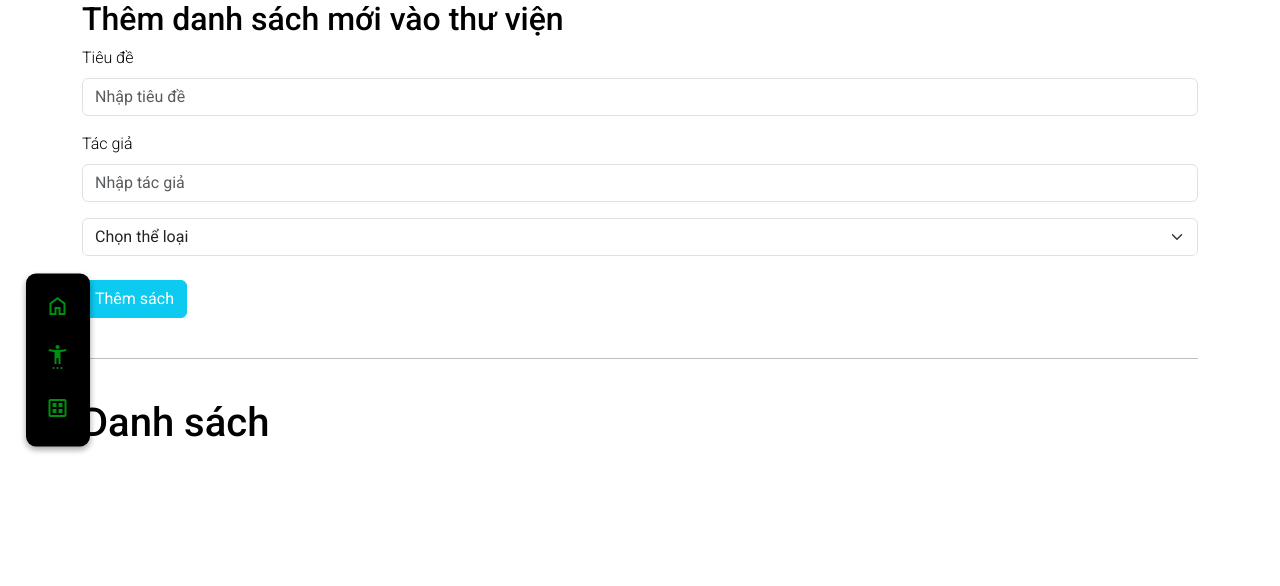
Repository: tuankiet10920/homeworkFEF
Page: /about
These files come from the project's save history. The page is drawn as it stood at one moment and after the next save; the edit follows.
The browser window is 1280 px wide. The pictures show the whole page.
The project was rebuilt for these pictures with package versions that can differ from the ones it lists, and the page was loaded fresh each time. Also part of the build but not shown: vite.config.js, src/views/HomeView.vue. Imported but missing from the stored project, and not drawn on this page: src/assets/audio/intro.mp3.

Above is the page before, as saved 2024-10-24 12:20:16.

### index.html
<!doctype html>
<html lang="en">
  <head>
    <meta charset="UTF-8" />
    <link rel="icon" href="/favicon.ico" />
    <meta name="viewport" content="width=device-width, initial-scale=1.0" />
    <link
      href="https://cdn.jsdelivr.net/npm/bootstrap@5.3.3/dist/css/bootstrap.min.css"
      rel="stylesheet"
      integrity="sha384-QWTKZyjpPEjISv5WaRU9OFeRpok6YctnYmDr5pNlyT2bRjXh0JMhjY6hW+ALEwIH"
      crossorigin="anonymous"
    />
    <link
      rel="stylesheet"
      href="https://fonts.googleapis.com/css2?family=Material+Symbols+Outlined:opsz,wght,FILL,GRAD@20..48,100..700,0..1,-50..200"
    />
    <link rel="preconnect" href="https://fonts.googleapis.com" />
    <link rel="preconnect" href="https://fonts.gstatic.com" crossorigin />
    <link
      href="https://fonts.googleapis.com/css2?family=Roboto:ital,wght@0,100;0,300;0,400;0,500;0,700;0,900;1,100;1,300;1,400;1,500;1,700;1,900&display=swap"
      rel="stylesheet"
    />
    <title>Vite App</title>
    <link rel="stylesheet" href="./src/assets/css/main.css" />
  </head>
  <body>
    <div id="app"></div>
    <script
      src="https://cdn.jsdelivr.net/npm/bootstrap@5.3.3/dist/js/bootstrap.bundle.min.js"
      integrity="sha384-YvpcrYf0tY3lHB60NNkmXc5s9fDVZLESaAA55NDzOxhy9GkcIdslK1eN7N6jIeHz"
      crossorigin="anonymous"
    ></script>
    <script type="module" src="/src/main.js"></script>
  </body>
</html>

### src/assets/css/main.css
* {
  margin: 0;
  padding: 0;
  box-sizing: border-box;
  text-decoration: none;
  color: #000;
  font-size: 16px;
  font-family: 'Roboto', sans-serif;
  font-weight: 300;
  font-style: normal;
}

### src/App.vue
<script setup>
import { RouterLink, RouterView } from 'vue-router'
import GetSrcImage from './assets/help/getSrcImage.js'
import Icon from './components/Icon.vue'
</script>

<template>
  <header>
    <div class="wrapper">
      <nav>
        <RouterLink to="/">
          <Icon iconName="home" />
        </RouterLink>

        <RouterLink to="/about">
          <Icon iconName="settings_accessibility" />
        </RouterLink>

        <RouterLink to="/labs">
          <Icon iconName="dataset" />
        </RouterLink>
      </nav>
    </div>
  </header>
  <RouterView />
</template>

<style scoped>
.wrapper nav a {
  margin-bottom: 20px;
  width: fit-content;
  text-decoration: none;
}
.wrapper nav a span {
  color: #009011;
}
.wrapper nav a:last-child {
  margin-bottom: 0;
}
nav {
  display: flex;
  flex-direction: column;
  justify-content: center;
  position: absolute;
  top: 50%;
  left: 2%;
  transform: translateY(-50%);
  padding: 20px;
  border-radius: 10px;
  background: #000;
  box-shadow:
    rgba(0, 0, 0, 0.16) 0px 3px 6px,
    rgba(0, 0, 0, 0.23) 0px 3px 6px;
}
</style>

### src/router/index.js
import { createRouter, createWebHistory } from 'vue-router'
import HomeView from '../views/HomeView.vue'

const router = createRouter({
  history: createWebHistory(import.meta.env.BASE_URL),
  routes: [
    {
      path: '/',
      name: 'home',
      component: HomeView,
    },
    {
      path: '/about',
      name: 'about',
      // route level code-splitting
      // this generates a separate chunk (About.[hash].js) for this route
      // which is lazy-loaded when the route is visited.
      component: () => import('../views/AboutView.vue'),
    },
    {
      path: '/labs',
      name: 'labs',
      component: () => import('../views/LabView.vue'),
    }
  ],
})

export default router

### src/assets/help/getSrcImage.js
const getSrcImage = (image) => {
    let __path = 'http://localhost:5173/src/assets/img/'
    return __path + image
}
export default getSrcImage

### src/components/Icon.vue
<script setup>
const props = defineProps(['iconName'])
</script>
<template>
  <span class="material-symbols-outlined"> {{ props.iconName }} </span>
</template>
<style scoped></style>

### src/views/AboutView.vue
<script setup>
import Bai2 from '../Labs/Lab4/Bai2.vue'
</script>
<template>
  <Bai2 />
</template>

<style></style>

### src/Labs/Lab4/Bai2.vue
<script setup>
import { ref, reactive } from 'vue'

const types = ref([
  {
    id: 1,
    name: 'Tiểu thuyết',
  },
  {
    id: 2,
    name: 'Phi hư cấu',
  },
  {
    id: 3,
    name: 'Khoa học',
  },
  {
    id: 4,
    name: 'Lịch sử',
  },
  {
    id: 5,
    name: 'Phát triển bản thân',
  },
])

const book = reactive({
  id: null,
  title: '',
  author: '',
  category: '',
  quantity: null,
})

const listBooks = ref([])

const addBook = () => {
  // Add the book to the library
  if (book.title !== '' && book.author !== '' && book.category !== '') {
    const type = types.value.find(type => type.id === book.category)
    listBooks.value.push({
      id: Date.now(),
      title: book.title,
      author: book.author,
      category: type.name,
      quantity: book.quantity,
    })
    // return value equal null
    book.id = null
    book.title = ''
    book.author = ''
    book.category = ''
    book.quantity = 1
  } else {
    alert('Vui lòng điền đầy đủ thông tin!')
  }
}
</script>
<template>
  <div class="container">
    <form @submit.prevent="addBook">
      <h2>Thêm danh sách mới vào thư viện</h2>
      <div class="mb-3">
        <label for="title" class="form-label">Tiêu đề</label>
        <input
          type="text"
          class="form-control"
          id="title"
          v-model="book.title"
          placeholder="Nhập tiêu đề"
        />
      </div>
      <div class="mb-3">
        <label for="author" class="form-label">Tác giả</label>
        <input
          type="text"
          class="form-control"
          id="author"
          v-model="book.author"
          placeholder="Nhập tác giả"
        />
      </div>
      <select class="form-select" aria-label="Thể loại" v-model="book.category">
        <option value="">Chọn thể loại</option>
        <option v-for="type in types" :value="type.id">
          {{ type.name }}
        </option></select
      ><br />
      <button type="submit" class="btn btn-info text-white">Thêm sách</button>
    </form>
    <br />
    <hr />
    <br />
    <h1>Danh sách</h1>
    <div class="card" v-for="book in listBooks">
      <p class="fs-4">{{ book.title }}</p>
      <p class="fs-5">Tác giả: {{ book.author }}</p>
      <p class="fs-5">Thể loại: {{ book.category }}</p>
    </div>
  </div>
</template>
<style scoped></style>

Loaded but not shown: src/main.js (common file)

After the next save:
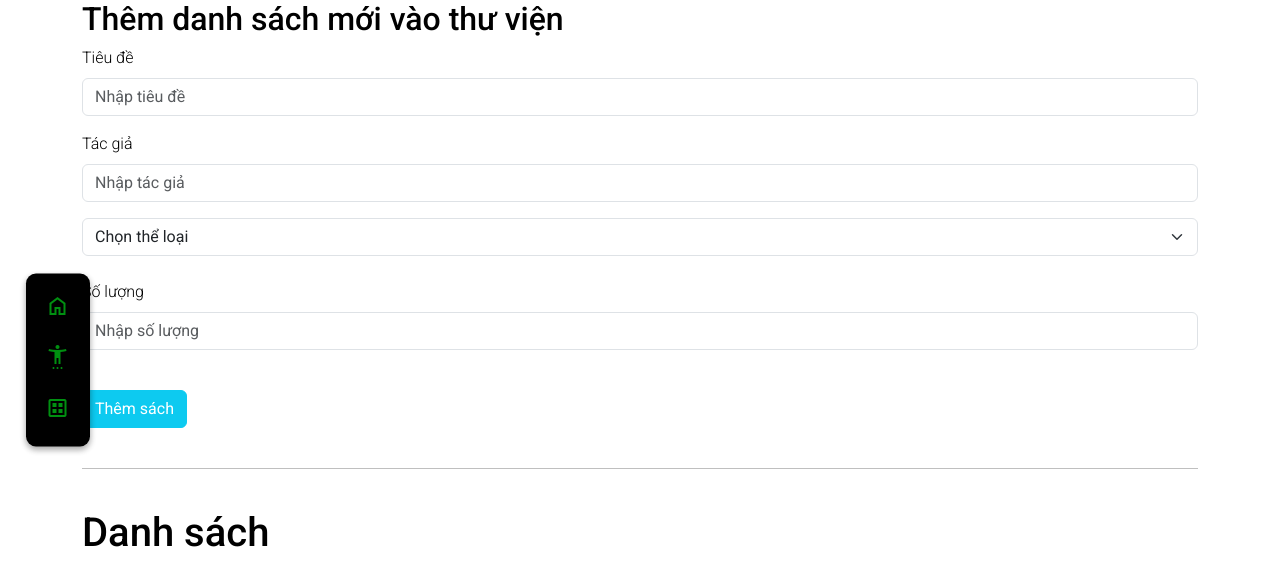
Saved 5 min 6 s later.
--- a/src/Labs/Lab4/Bai2.vue
+++ b/src/Labs/Lab4/Bai2.vue
@@ -80,12 +80,26 @@
           placeholder="Nhập tác giả"
         />
       </div>
+
       <select class="form-select" aria-label="Thể loại" v-model="book.category">
         <option value="">Chọn thể loại</option>
         <option v-for="type in types" :value="type.id">
           {{ type.name }}
         </option></select
       ><br />
+      <div class="mb-3">
+        <label for="author" class="form-label">Số lượng</label>
+        <input
+          type="number"
+          min="1"
+          max="200"
+          class="form-control"
+          id="author"
+          v-model="book.author"
+          placeholder="Nhập số lượng"
+        />
+      </div>
+      <br />
       <button type="submit" class="btn btn-info text-white">Thêm sách</button>
     </form>
     <br />
@@ -96,6 +110,7 @@
       <p class="fs-4">{{ book.title }}</p>
       <p class="fs-5">Tác giả: {{ book.author }}</p>
       <p class="fs-5">Thể loại: {{ book.category }}</p>
+      <p class="fs-5">Số lượng: {{ book.quantity }}</p>
     </div>
   </div>
 </template>
